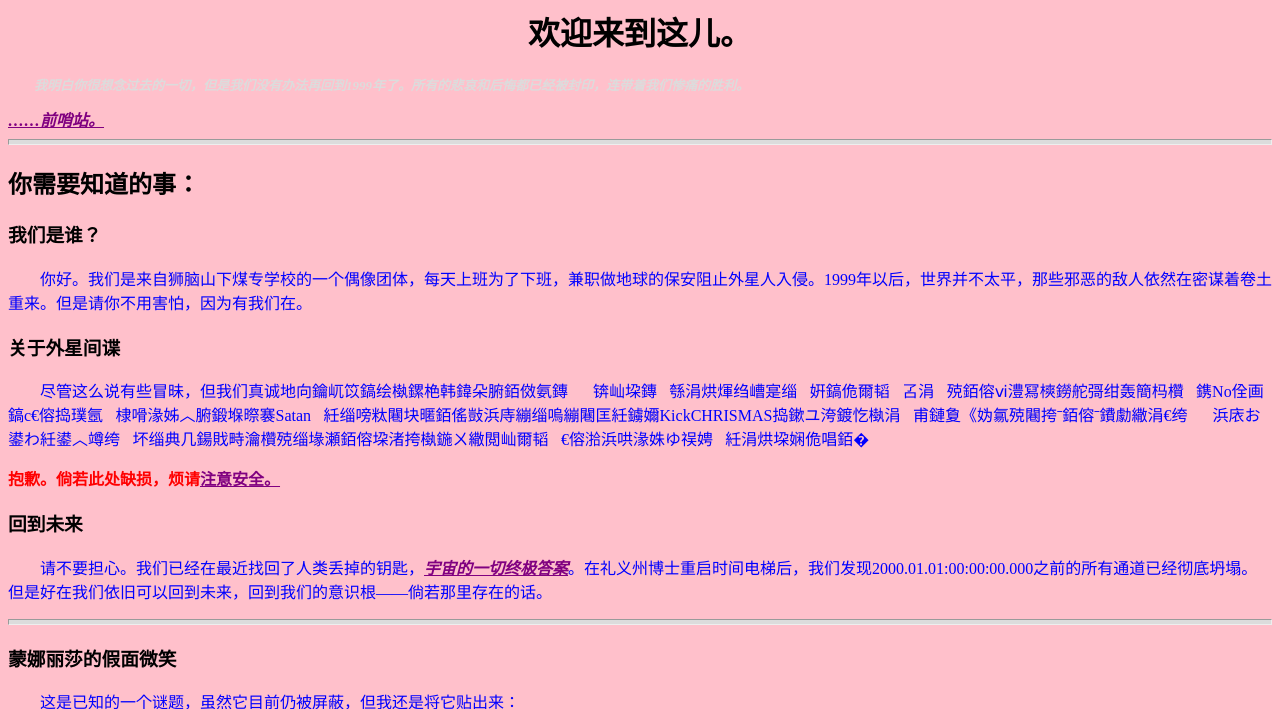
Repository: Yeyuehuke/Webstudy-Feidian
Page: 02-CSSlearning/02-WorkingwithText/index.html
These files come from the project's save history. The page is drawn as it stood at one moment and after a run of saves; the edit follows.
The browser window is 1280 px wide. The pictures show the part of the page from y = 0 to 709 px (the page is 937 px tall).
A picture or video elsewhere on the page could not be fetched, so the positions and the page height are approximate.

Above is the page before, as saved 2020-05-18 17:43:54.

After the next 2 saves:
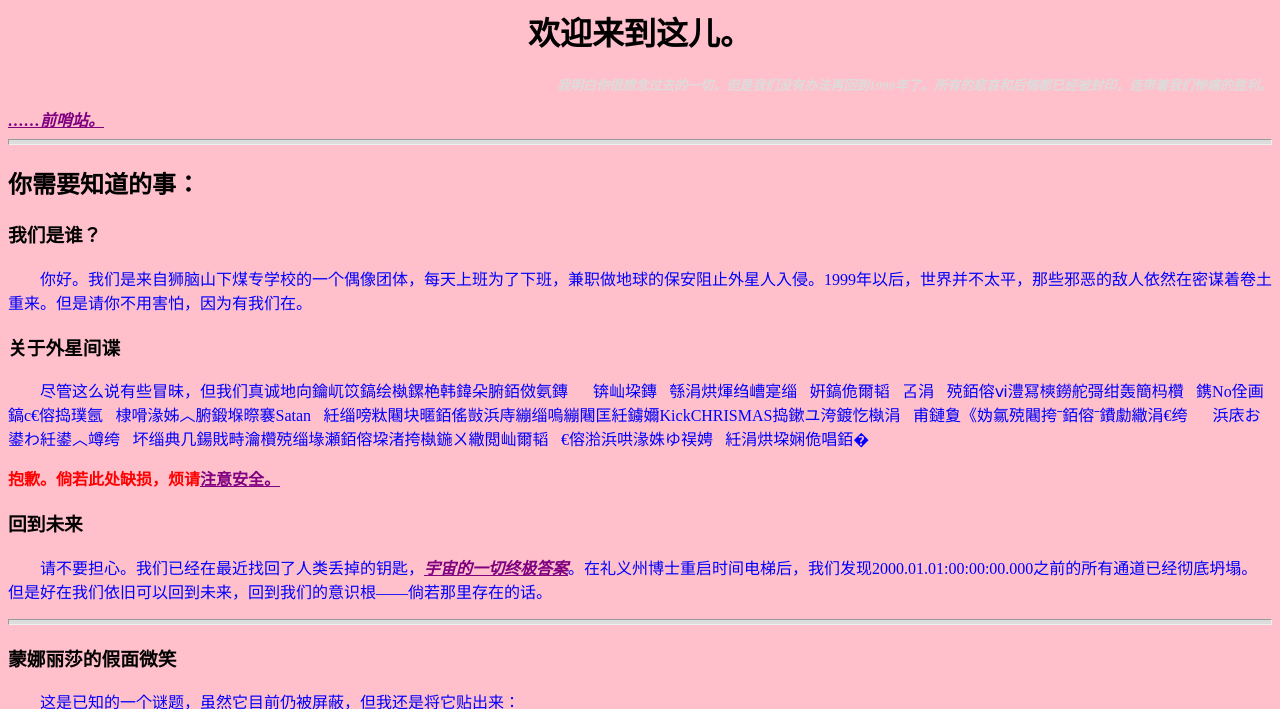
The 2 saves are shown as one change because they came seconds apart.
The last was saved 14 s later.
--- a/02-CSSlearning/02-WorkingwithText/index.html
+++ b/02-CSSlearning/02-WorkingwithText/index.html
@@ -1,6 +1,6 @@
 <html>
     <head>
-        <link href="06-color.css" type="text/css" rel="stylesheet"/>
+        <link href="07-AlignTextHorizontally.css" type="text/css" rel="stylesheet"/>
         <title>倒数防御计划</title>
     </head>
     <body>
